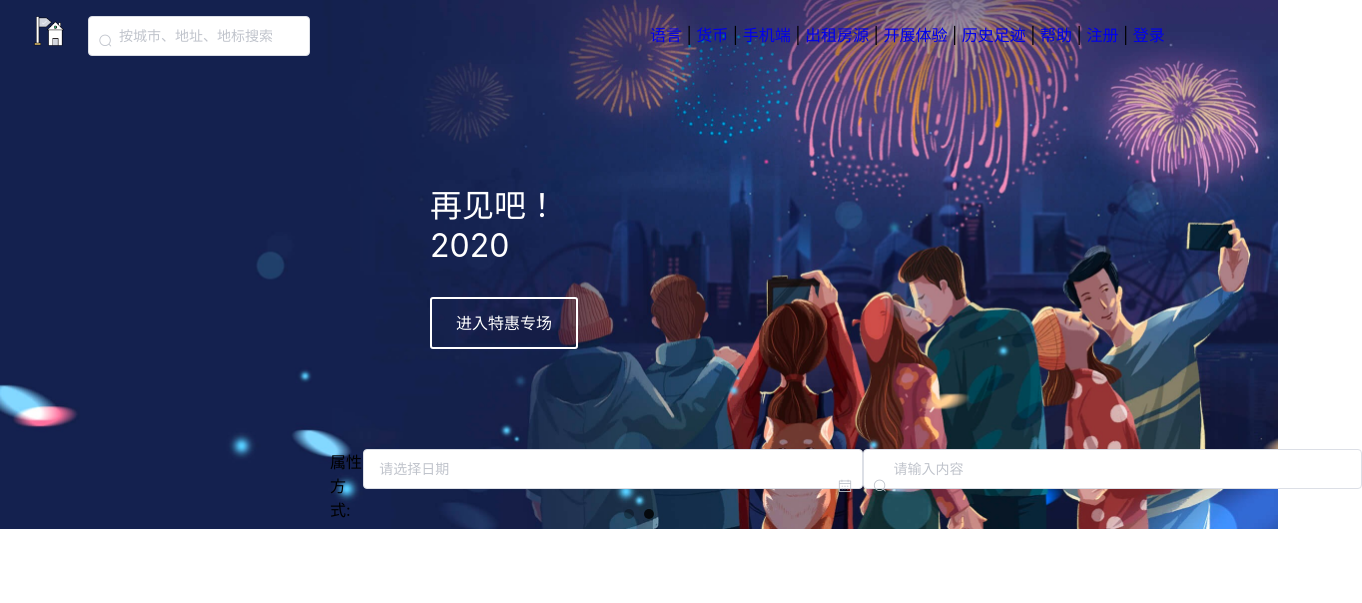
Repository: yz1181214391/my-airbnb
Page: /
The author's editor kept a copy of each file at every save. The page is drawn from the files as they stood at one save, then again after the next save.
The browser window is 1280 px wide. The page is 1362 px wide, so the pictures cover 1362 px, including what lies to the right of the window. The pictures show the whole page.
The project was rebuilt for these pictures with package versions that can differ from the ones it lists, and the page was loaded fresh each time. Also part of the build but not shown: src/views/Language.vue, src/views/Currency.vue, src/views/Enter.vue, src/views/Experience.vue, src/views/Help.vue, src/views/History.vue, src/views/Mobile.vue, src/views/Register.vue and 1 more.

Above is the page before, as saved 2020-12-09 16:55:56.

After the next save:
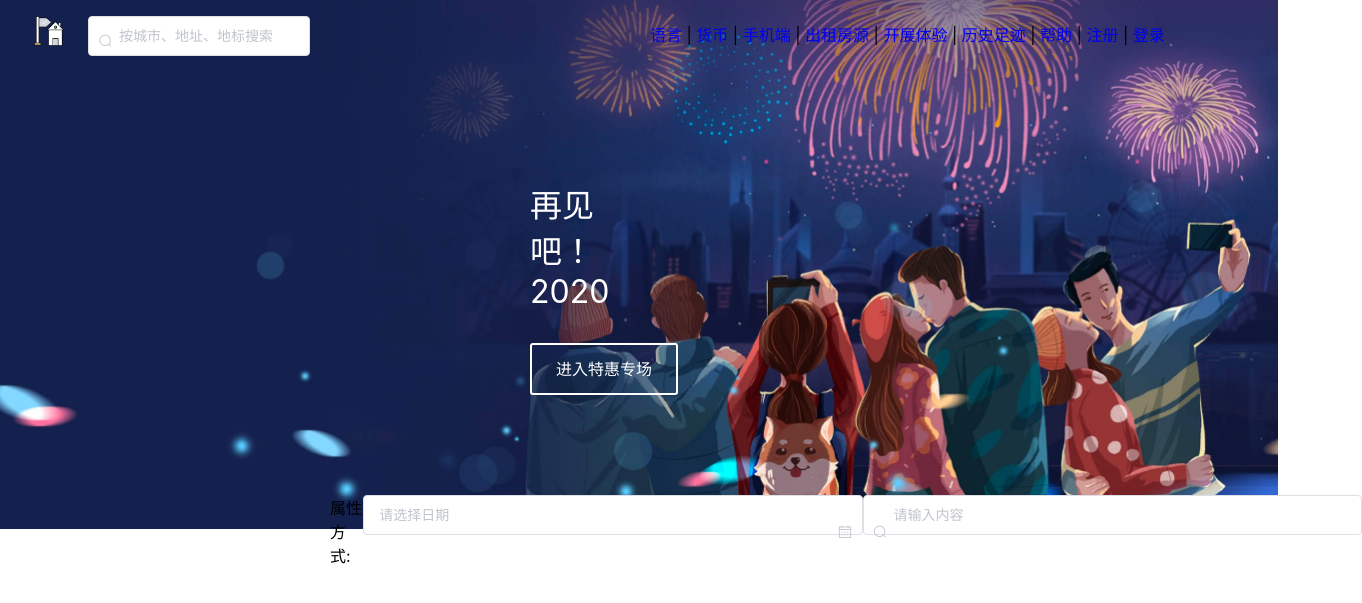
Saved 16 s later.
--- a/src/components/Header.vue
+++ b/src/components/Header.vue
@@ -23,7 +23,7 @@
       </el-row>
       <el-row :gutter="20">
         <el-col :span="6" :offset="6">
-          <div class="grid-content bg-purple" style="margin:80px 0; margin-left:100px">
+          <div class="grid-content bg-purple" style="margin:80px 0; margin-left:200px">
             <h1 style="font-size:32px;color:#fff">再见吧！2020</h1>
             <div class="preferential-btn">进入特惠专场</div>
           </div>
